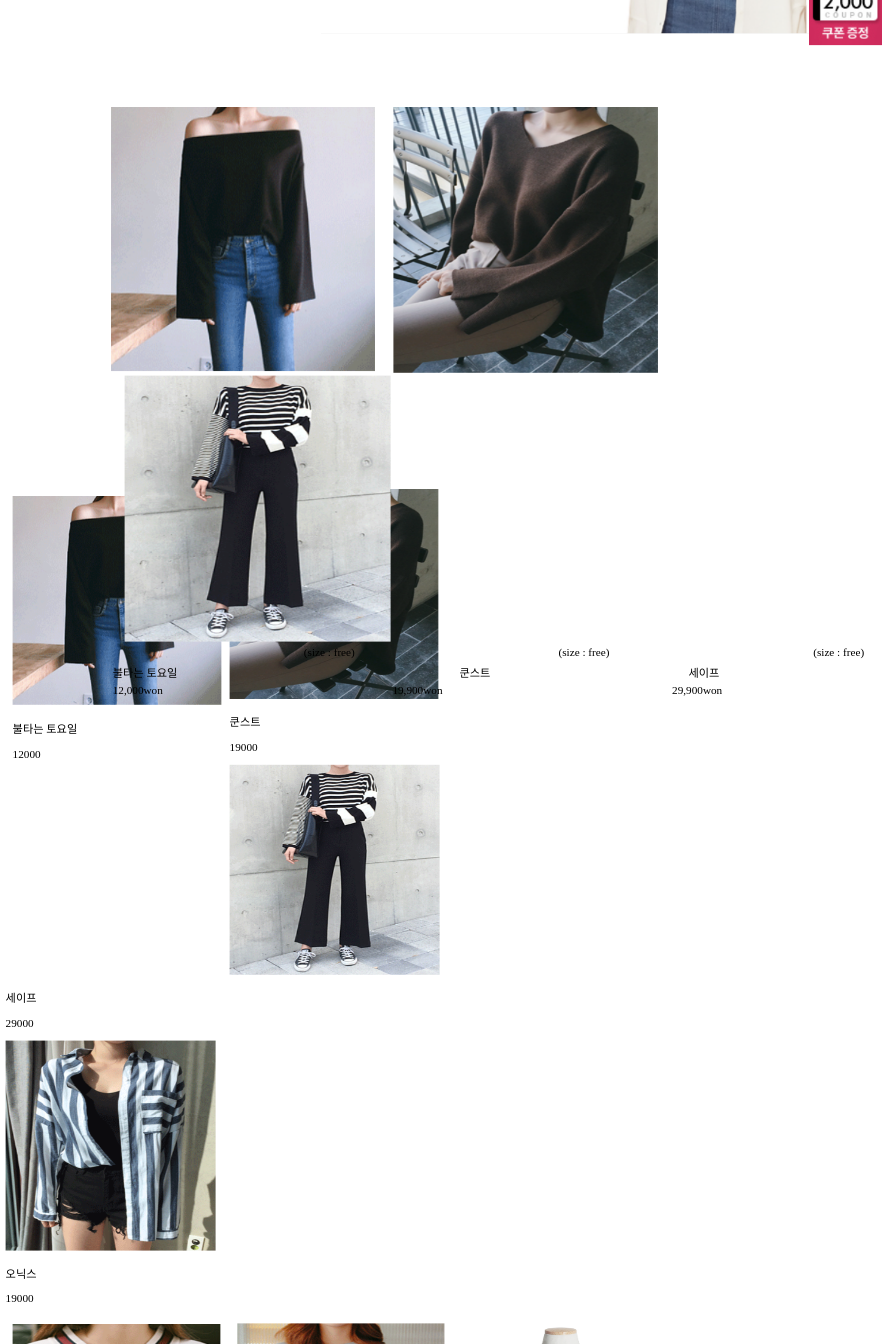
Repository: won0108/Port-Folio
Page: Creating_Homepage/Shopping/WebContent/top.html
An editor plug-in stored every save of this project. The page is shown before and after the next save, followed by the edit.
The browser window is 1280 px wide. The pictures show the part of the page from y = 641 to 2561 px (the page is 3318 px tall), at 70% of full size.

Above is the page before, as saved 2020-12-03 07:35:48.

### Creating_Homepage/Shopping/WebContent/top.html
<!DOCTYPE html>
<html>
<head>  <!--웹페이지에 대한 정보를 제공한다.-->
 <title> New Turn </title>  <!--탭에 New Turn을 나타낸다.-->
<style>

 	@font-face
 	{
 		font-family:"My Font";
 		src: url("fontstyle/ENCOSCPT.TTF");
	}
 	h1{
   	color:#003900;
   	position:fixed;
   	top: 0px;
   	left:10px;
   	font-family:"My Font", serif;
   	font-size: 30pt;
   	}
	#infor{
	position:fixed;
	top:40px; right:0px;
	}
	#infor a{
	text-decoration:none;
	color:#5D5D5D;
	font-size:13pt;
	display: inline;
	padding :5px;
	}
	#infor a:hover{
	tex-decoration:underline;
	color: black;
	text-weight:bold;
	}
	#categ{
	position:fixed;
	top:25px; right:730px;
	}
	#categ ul li{
	display: inline;
	}
	#categ ul li a{
	text-decoration:none;
	color:#003900;
	font-size:10pt;
	font-weight:bold;
	text-transform:uppercase;
	padding :5px;
	}
	#categ ul li a:hover{
	tex-decoration:underline; color: black;
	}
	#main{
   	position:relative;
   	top: 300px; margin-left:150px;
   }
</style>
</head>
<body>
<h1> NewTurn </h1>
<div id="infor">
	<a href="">CART</a>
	<a href="">주문/배송</a>
	<a href="마이페이지.html">마이페이지</a>
</div>
<div id="categ">
		<ul>
			<li><a href="top.html">BLOUSE</a></li>
			<li><a href="skirt.html">SKIRT</a></li>
			<li><a href="pants.html">PANTS</a></li>
		</ul>
</div>
<img style="position:relative; top : 200px; left:450px;" src="images/티파니.PNG"><br>
<div id="main">
		<img src="images/티셔츠1.PNG" width="380" height="380">
		<img src="images/티셔츠2.PNG" width="380" height="380" style="padding-left:20px;">
		<img src="images/티셔츠3.PNG" width="380" height="380" style="padding-left:20px;">
		<table>
			<tr>
				<td><div style="background-color:black;"></div></td>
				<td style="padding-left:270px;">(size : free)</td>
				<td><div style="background-color:#002266; margin-left:30px;"></div></td>
				<td><div style="background-color:#980000;"></div></td>
				<td style="padding-left:250px;">(size : free)</td>
				<td><div style="background-color:#998A00;margin-left:30px;"></div></td>
				<td><div style="background-color:#5F00FF;"></div></td>
				<td style="padding-left:250px;">(size : free)</td>
		    </tr>
		</table>
		<table>
		<tr>
			<td>불타는 토요일</td>
			<td style="padding-left: 400px;">쿤스트</td>
			<td style="padding-left: 280px;">세이프</td>
		</tr>
	</table>
	<table>
		<tr>
	    	<td>12,000won</td>
	    	<td style="padding-left: 325px;">19,900won</td>
	    	<td style="padding-left: 325px;">29,900won</td>
	    </tr>
	</table>
	</div>
<div style="margin:10px;float:left;">
   <img src="images/티셔츠1.PNG" width="300" height="300">
   <p>불타는 토요일</p>
   <p>12000</p></div>
   <img src="images/티셔츠2.PNG" width="300" height="300">
   <p>쿤스트</p>
   <p>19000</p>
   <img src="images/티셔츠3.PNG" width="300" height="300">
   <p>세이프</p>
   <p>29000</p>
   <img src="images/티셔츠4.PNG" width="300" height="300">
   <p>오닉스</p>
   <p>19000</p>
<div style="margin:10px; float:left;">
<img src="티셔츠5.png" width="300" height="300">
<p>따뜻한 날</p>
<p>29000</p>
</div>
<div style="margin:10px; float:left;">
<img src="티셔츠6.png" width="300" height="300">
<p>힙순이</p><p>12000</p></div>
<div style="margin:10px; float:left;">
<img src="티셔츠7.png" width="300" height="300">
<p>스트라이프</p>
<p>29000</p>
</div>
<div style="margin:10px; float:left;">
<img src="티셔츠8.png">
<p>옆트임</p>
<p>19000</p>
</div>
<div style="background-color:#5D5D5D;
width:85px; height:120px; right:20px; bottom:190px;
color:white; display:block; position:fixed; padding:10px;">
<p>T-SHIRSTS</p>
<p>SKIRT</p>
<p>PANTS</p>
</div>
<div style=" display:block; position:fixed; right:20px; bottom:10px;">
<img src="쿠폰.png"></div>
 </form>
</body>
</html>

After the next save:
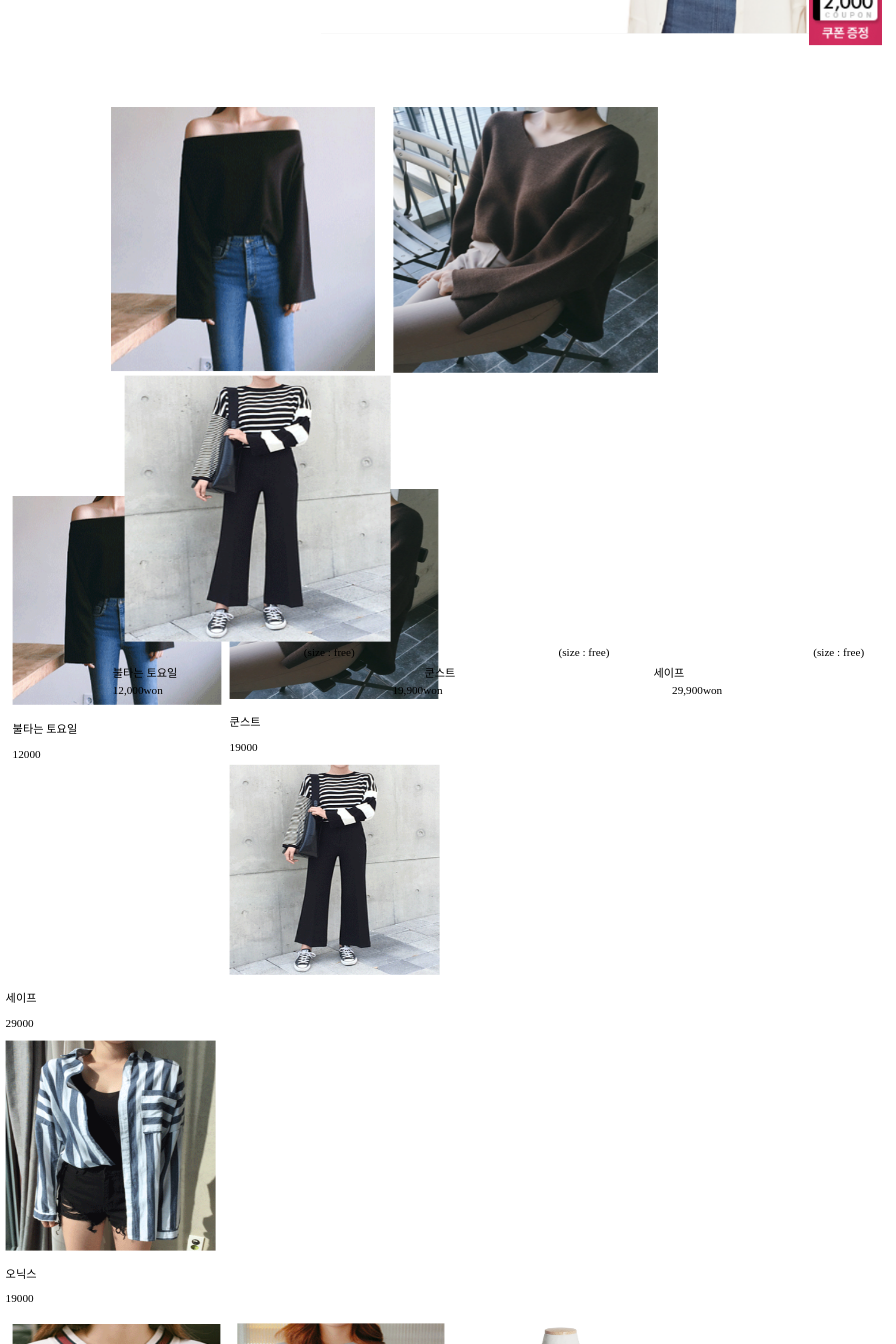
Saved 7 s later.
--- a/Creating_Homepage/Shopping/WebContent/top.html
+++ b/Creating_Homepage/Shopping/WebContent/top.html
@@ -91,7 +91,7 @@
 		<table>
 		<tr>
 			<td>불타는 토요일</td>
-			<td style="padding-left: 400px;">쿤스트</td>
+			<td style="padding-left: 350px;">쿤스트</td>
 			<td style="padding-left: 280px;">세이프</td>
 		</tr>
 	</table>
